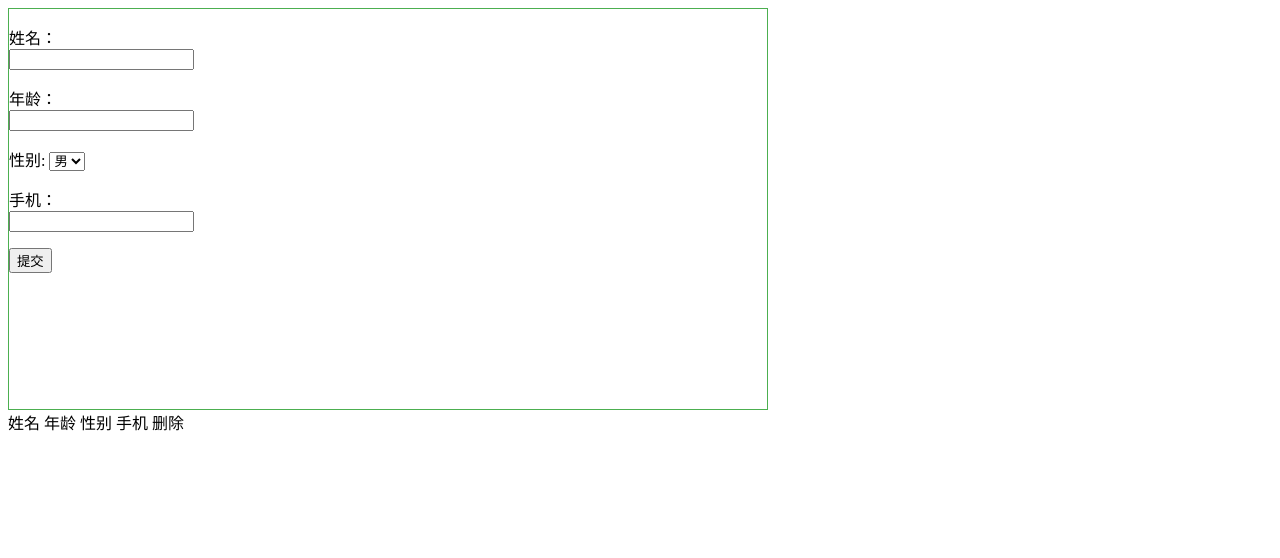
Repository: 1404413577/jsdemo
Page: small-demo/录入信息.html
These files come from the project's save history. The page is drawn as it stood at one moment and after the next save; the edit follows.
The browser window is 1280 px wide. The pictures show the whole page.

Above is the page before, as saved 2022-11-20 16:34:18.

After the next save:
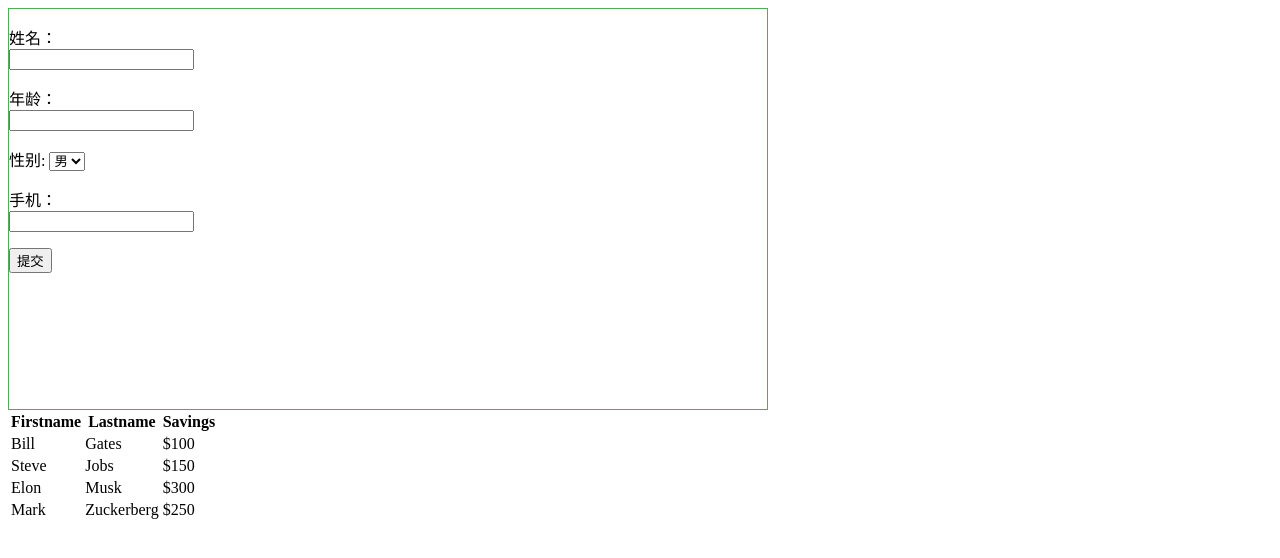
Saved 3 min 0 s later.
--- a/small-demo/录入信息.html
+++ b/small-demo/录入信息.html
@@ -71,22 +71,36 @@
             <button type="submit" id="btn">提交</button>
 
         </p>
+    </div>
 
 
-    </div>
-
-    <thead class="customers">
+    <table>
         <tr>
-            <th>姓名</th>
-            <th>年龄</th>
-            <th>性别</th>
-            <th>手机</th>
-            <th>删除</th>
+          <th>Firstname</th>
+          <th>Lastname</th>
+          <th>Savings</th>
         </tr>
-    <tbody id="customers" class="cus">
-
-    </tbody>
-    </thead>
+        <tr>
+          <td>Bill</td>
+          <td>Gates</td>
+          <td>$100</td>
+        </tr>
+        <tr>
+          <td>Steve</td>
+          <td>Jobs</td>
+          <td>$150</td>
+        </tr>
+        <tr>
+          <td>Elon</td>
+          <td>Musk</td>
+          <td>$300</td>
+        </tr>
+        <tr>
+          <td>Mark</td>
+          <td>Zuckerberg</td>
+          <td>$250</td>
+        </tr>
+      </table>
 </body>
 <script>
 
